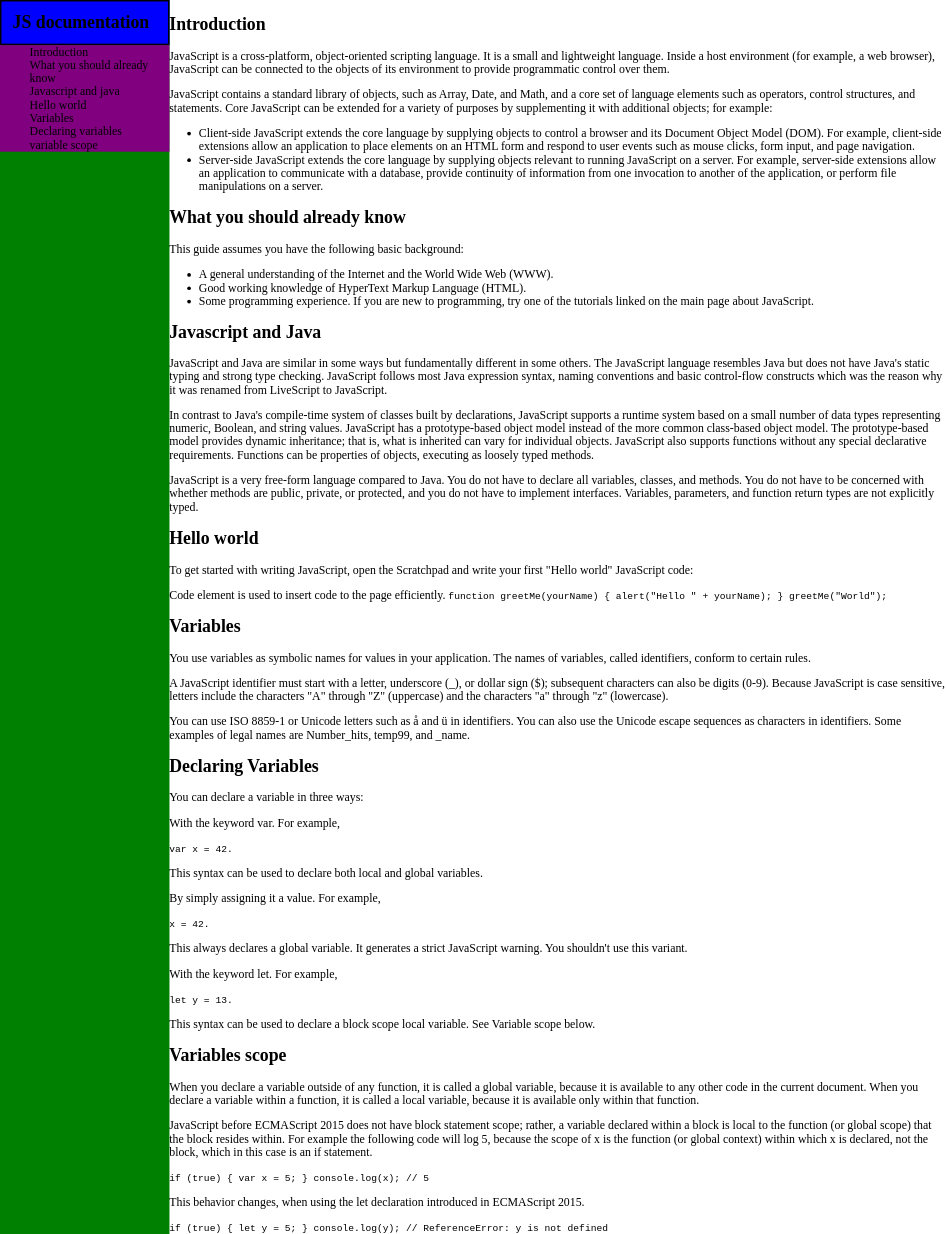
Repository: Pafestivo/Technical-documentation
Page: index.html
The author's editor kept a copy of each file at every save. The page is drawn from the files as they stood at one save, then again after the next save.
The browser window is 1280 px wide. The pictures show the whole page, at 74% of full size.

Above is the page before, as saved 2022-09-07 13:11:20.

After the next save:
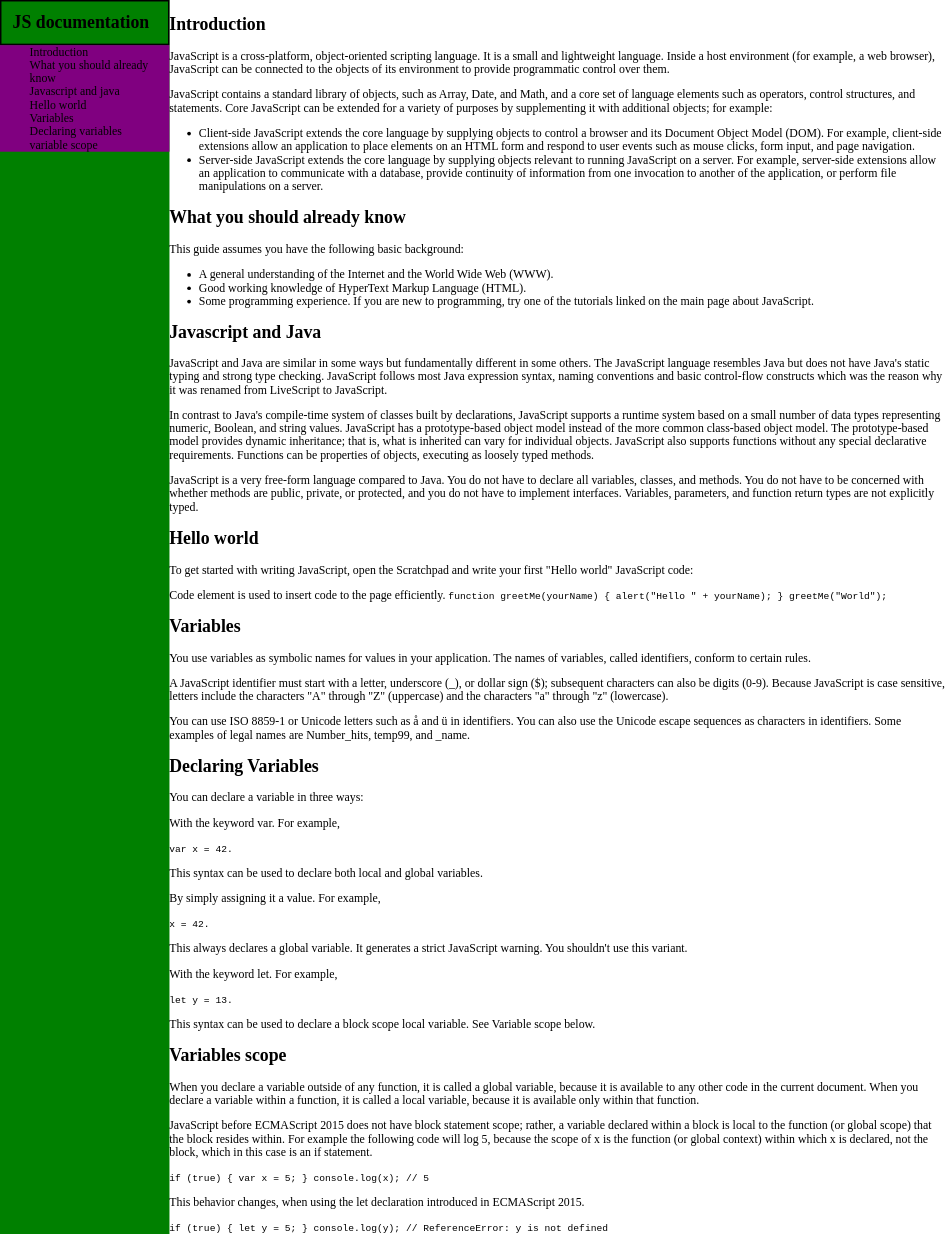
Saved 5 s later.
--- a/styles.css
+++ b/styles.css
@@ -16,7 +16,6 @@ body {
 }
 
 #navbar header {
-  background-color: blue;
 }
 
 #navbar header h1{
